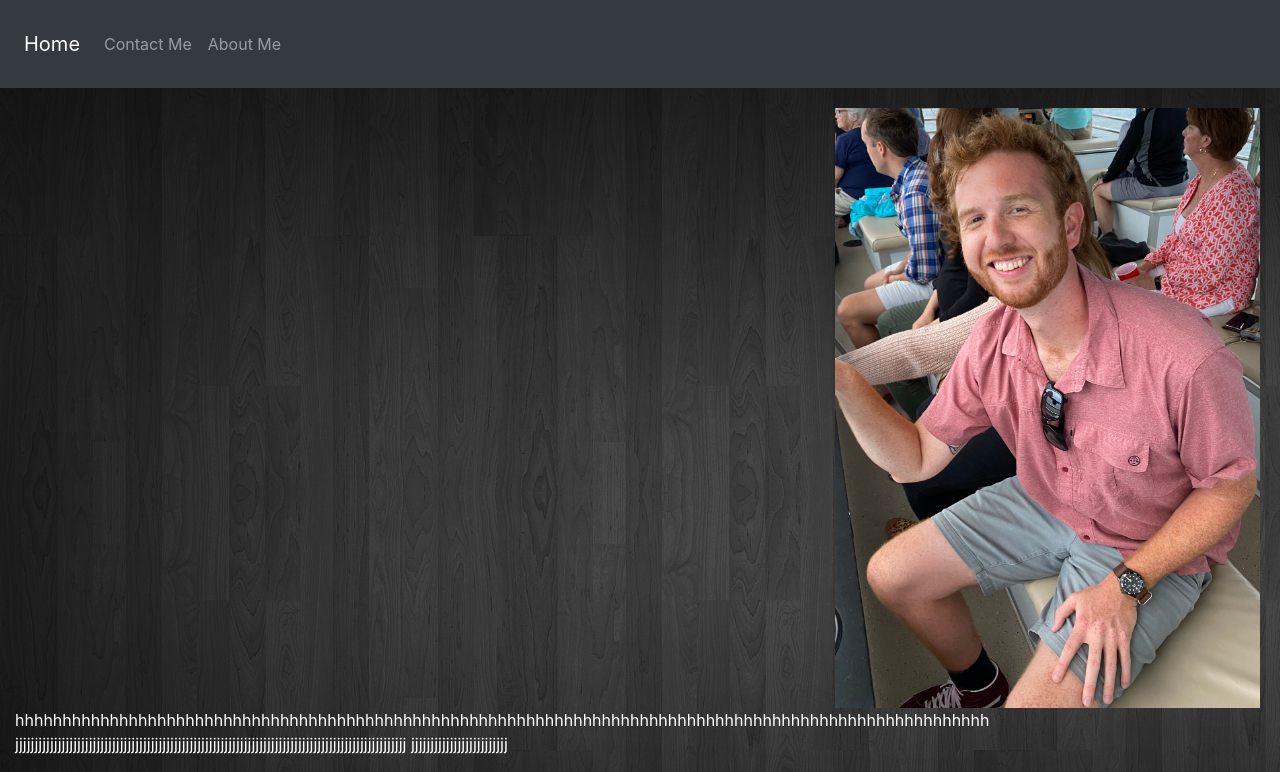
Repository: dupbd/portfolioWebPage
Page: BensSite/src/main/resources/static/aboutMe.html
These files come from the project's save history. The page is drawn as it stood at one moment and after the next save; the edit follows.
The browser window is 1280 px wide. The pictures show the whole page.

Above is the page before, as saved 2021-02-04 01:21:56.

### BensSite/src/main/resources/static/aboutMe.html
<!DOCTYPE html>
<html>
<head>
	<title>Ben Dupont</title>
	<link rel="stylesheet" href="style.css">
	<link rel="stylesheet" href="https://cdn.jsdelivr.net/npm/bootstrap@4.5.3/dist/css/bootstrap.min.css" integrity="sha384-TX8t27EcRE3e/ihU7zmQxVncDAy5uIKz4rEkgIXeMed4M0jlfIDPvg6uqKI2xXr2" crossorigin="anonymous">
</head>
<body>

	<nav class="navbar navbar-expand-lg navbar-dark bg-dark p-4">
  <button class="navbar-toggler" type="button" data-toggle="collapse" data-target="#navbarTogglerDemo03" aria-controls="navbarTogglerDemo03" aria-expanded="false" aria-label="Toggle navigation">
    <span class="navbar-toggler-icon"></span>
  </button>
  <a class="navbar-brand" href="index.html">Home</a>

  <div class="collapse navbar-collapse" id="navbarTogglerDemo03">
    <ul class="navbar-nav mr-auto mt-2 mt-lg-0">
      <li class="nav-item">
        <a class="nav-link" href="contact.html">Contact Me<span class="sr-only">(current)</span></a>
      </li>
      <li class="nav-item">
        <a class="nav-link" href="aboutMe.html">About Me</a>
      </li>
    </ul>
  </div>
</nav>

<img class="me" src="me.jpeg" alt="It's Me" width="425" height="600" ALIGN="right" style="margin-right:20px; margin-top:20px; margin-botton:20px;">

<p class="aboutme"><br><br><br>hhhhhhhhhhhhhhhhhhhhhhhhhhhhhhhhhhhhhhhhhhhhhhhhhhhhhhhhhhhhhhhhhhhhhhhhhhhhhhhhhhhhhhhhhhhhhhhhhhhhhhh
jjjjjjjjjjjjjjjjjjjjjjjjjjjjjjjjjjjjjjjjjjjjjjjjjjjjjjjjjjjjjjjjjjjjjjjjjjjjjjjjjjjjjjjjjjjjjjjjjjjjj
jjjjjjjjjjjjjjjjjjjjjjjjj</p>


</body>

</html>

### BensSite/src/main/resources/static/style.css
#resume {
	 display: block;
  margin-left: auto;
  margin-right: auto;

}
.card {
	margin-left: 100px;
	margin-top: 0px;
	margin-bottom: 50px;

	}


body {
	background-image: url("background.jpg") !important;
	overflow: auto;
	}

.jumbotron {
	background: none !important;
	margin-bottom: 0px !important;
	}

.lead {
	color: lightgrey;
	}

.display-4 {
	color: white;
	}

.aboutme {
	color: white;
	margin-left: 15px;
	}

After the next save:
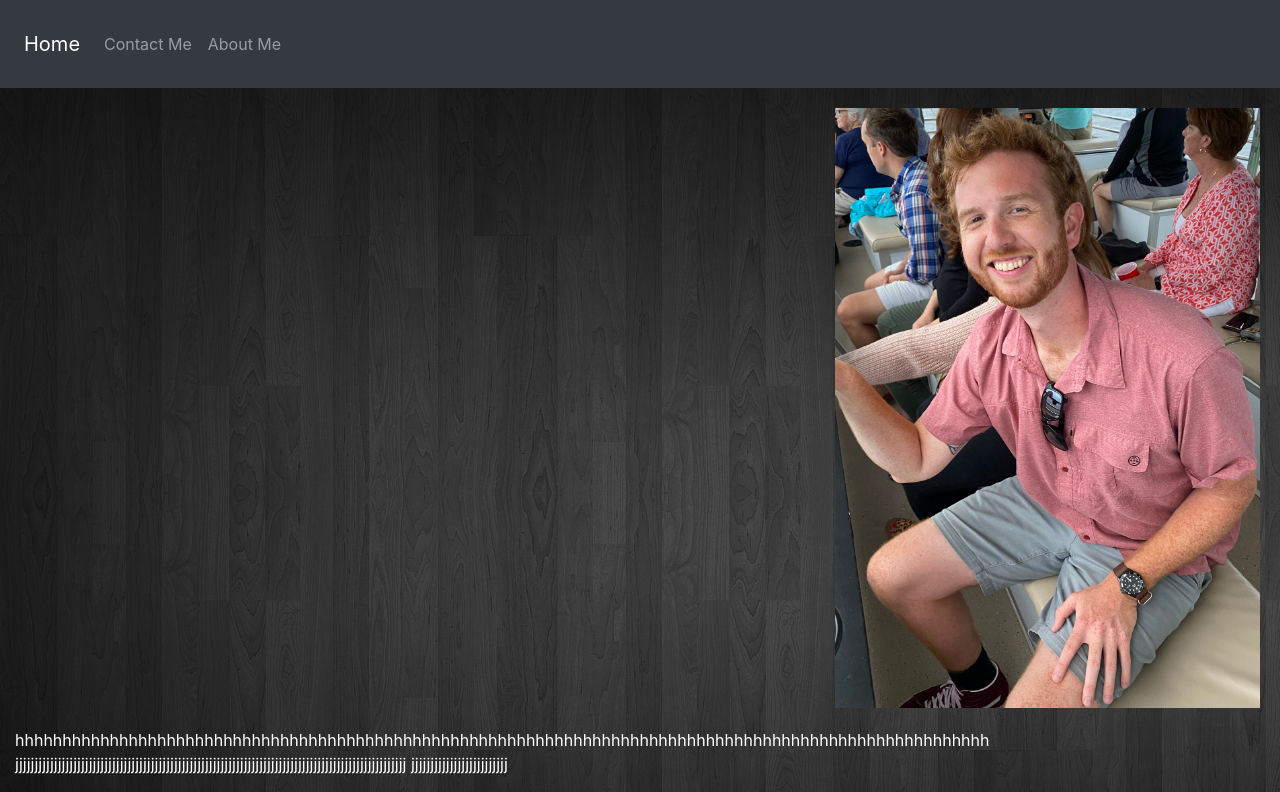
Saved 27 s later.
--- a/BensSite/src/main/resources/static/aboutMe.html
+++ b/BensSite/src/main/resources/static/aboutMe.html
@@ -25,7 +25,7 @@
   </div>
 </nav>
 
-<img class="me" src="me.jpeg" alt="It's Me" width="425" height="600" ALIGN="right" style="margin-right:20px; margin-top:20px; margin-botton:20px;">
+<img class="me" src="me.jpeg" alt="It's Me" width="425" height="600" ALIGN="right" style="margin-right:20px; margin-top:20px; margin-bottom:20px;">
 
 <p class="aboutme"><br><br><br>hhhhhhhhhhhhhhhhhhhhhhhhhhhhhhhhhhhhhhhhhhhhhhhhhhhhhhhhhhhhhhhhhhhhhhhhhhhhhhhhhhhhhhhhhhhhhhhhhhhhhhh
 jjjjjjjjjjjjjjjjjjjjjjjjjjjjjjjjjjjjjjjjjjjjjjjjjjjjjjjjjjjjjjjjjjjjjjjjjjjjjjjjjjjjjjjjjjjjjjjjjjjjj
